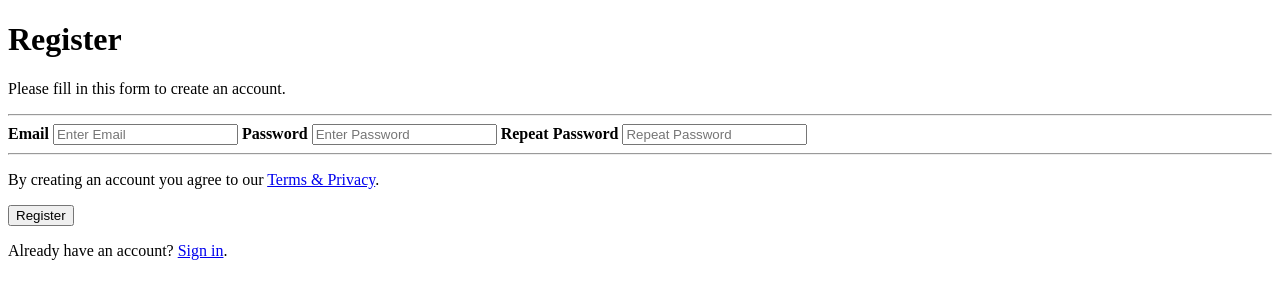
Repository: laxmichauhan/Student-Data-Insertion
Page: Application1/WebContent/register.html
These files come from the project's save history. The page is drawn as it stood at one moment and after the next save; the edit follows.
The browser window is 1280 px wide. The pictures show the whole page.

Above is the page before, as saved 2019-02-19 07:06:55.

After the next save:
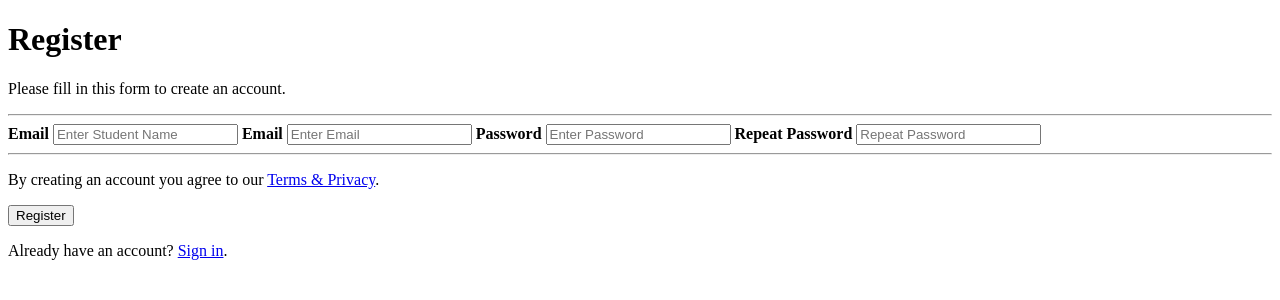
Saved 88 s later.
--- a/Application1/WebContent/register.html
+++ b/Application1/WebContent/register.html
@@ -10,6 +10,8 @@
     <h1>Register</h1>
     <p>Please fill in this form to create an account.</p>
     <hr>
+    <label for="Student Name"><b>Email</b></label>
+    <input type="text" placeholder="Enter Student Name" name="name" required>
 
     <label for="email"><b>Email</b></label>
     <input type="text" placeholder="Enter Email" name="email" required>
